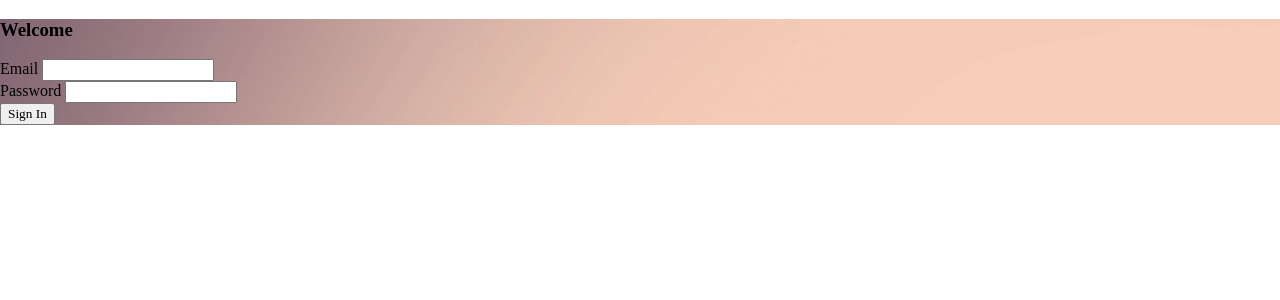
Repository: Szelbi/SimpliestLoginPage
Page: index.html
The author's editor kept a copy of each file at every save. The page is drawn from the files as they stood at one save, then again after the next save.
The browser window is 1280 px wide. The pictures show the whole page.

Above is the page before, as saved 2021-02-04 21:55:05.

After the next save:
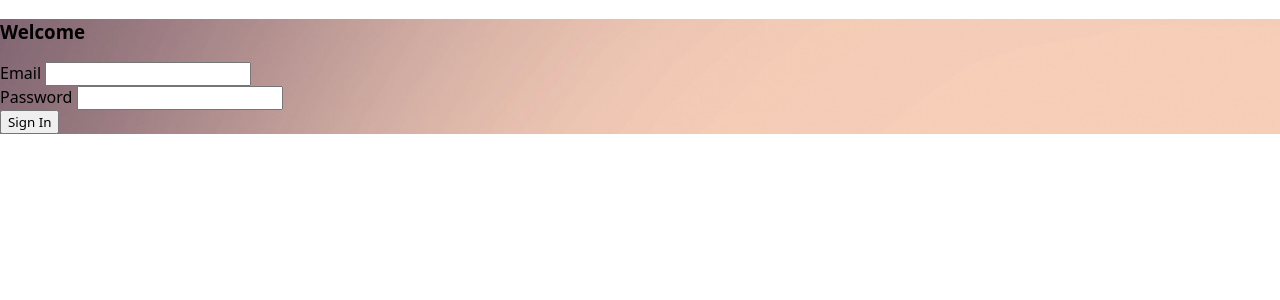
Saved 19 s later.
--- a/style.css
+++ b/style.css
@@ -1,5 +1,5 @@
 * {
-    font-family: 'Brush Script MT', 'Brush Script Std', cursive;
+    font-family: 'Noto Sans', sans-serif;
 }
 
 html, body{
